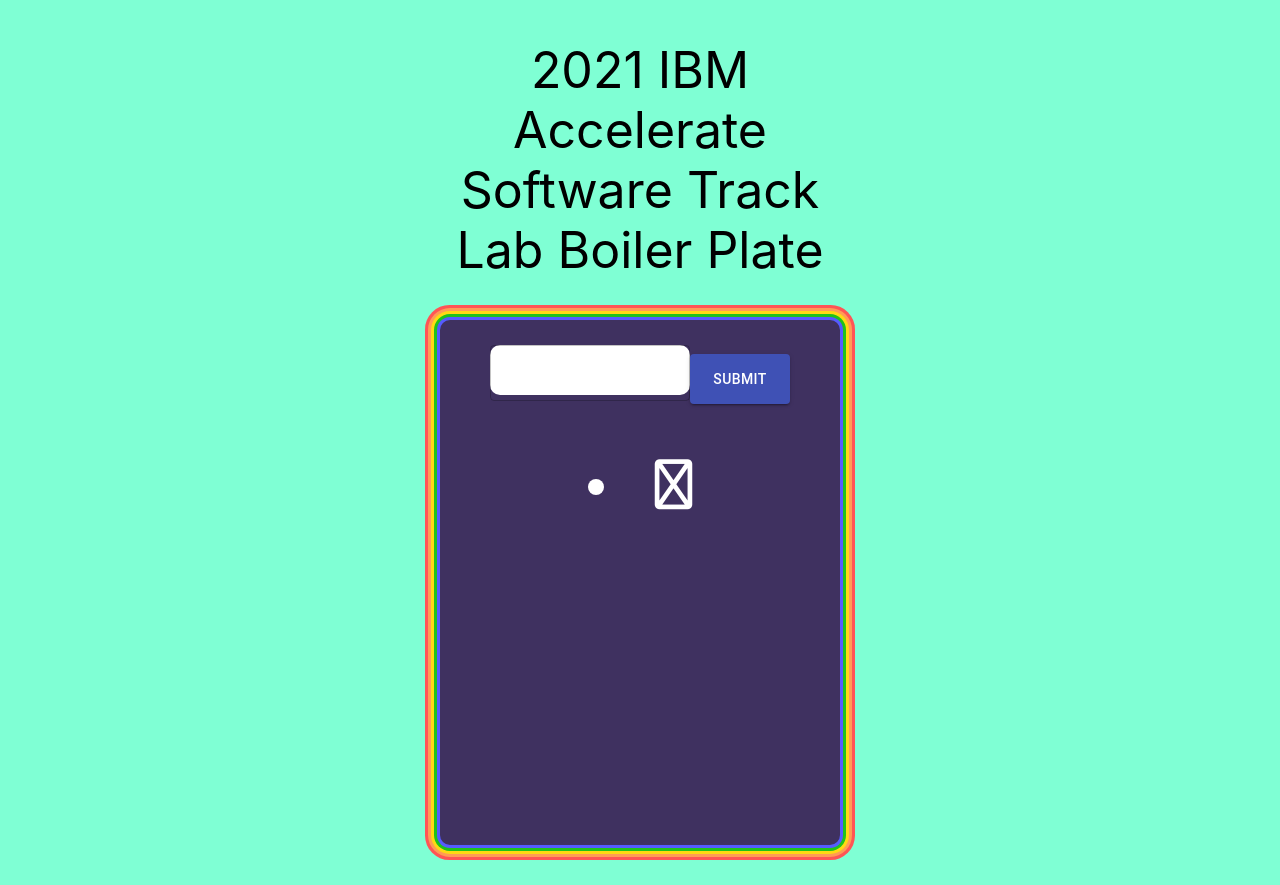
Repository: 2021-IBM-Accelerate-SW-Track/lab-1-team-34
Page: /
An editor plug-in stored every save of this project. The page is shown before and after the next save, followed by the edit.
The browser window is 1280 px wide. The pictures show the whole page.
Some web libraries are served in a nearby version. The project was rebuilt for these pictures with package versions that can differ from the ones it lists, and the page was loaded fresh each time.

Above is the page before, as saved 2021-06-13 20:25:07.

After the next save:
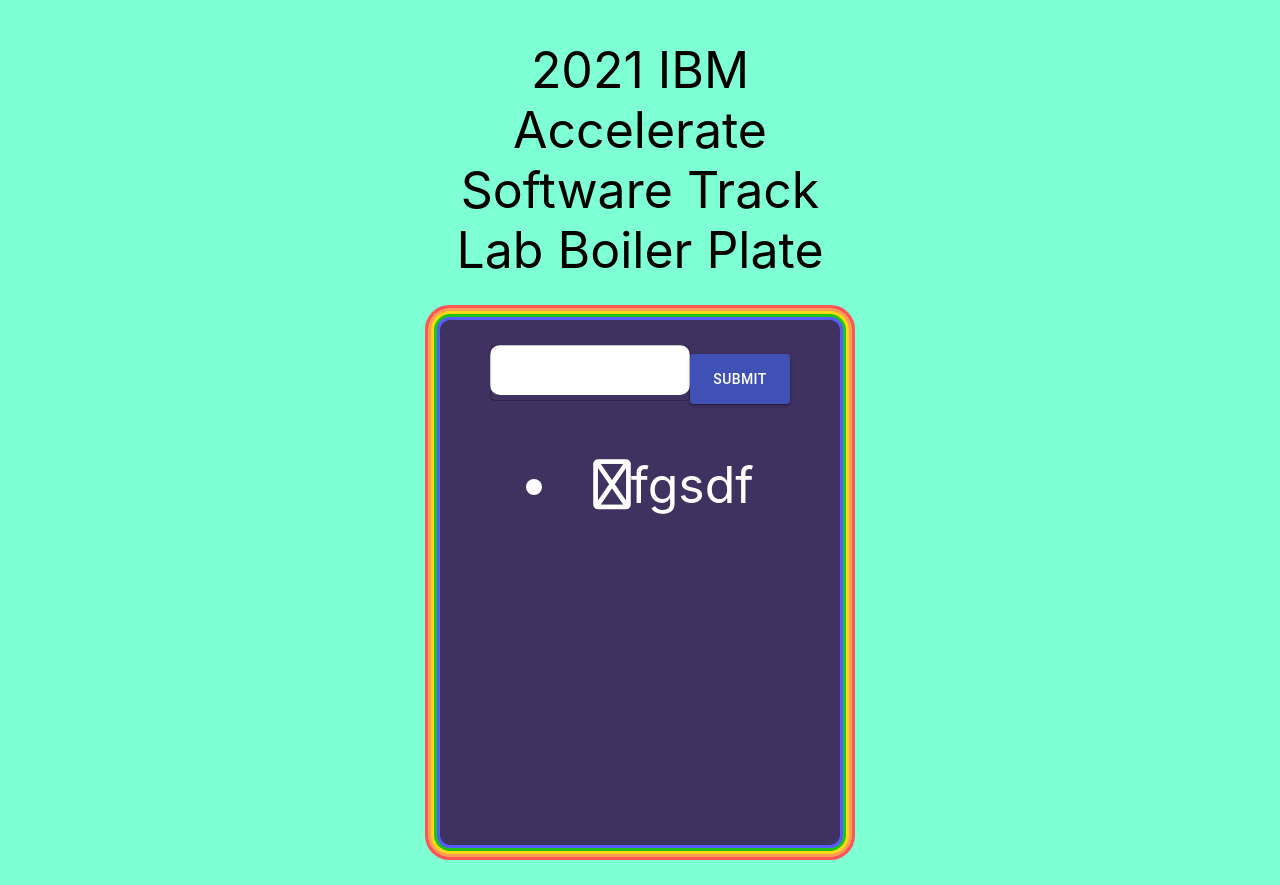
Saved 43 s later.
--- a/src/component/Input/input.js
+++ b/src/component/Input/input.js
@@ -59,7 +59,8 @@
             list.map((item, index) => {
               return (
                 <li className="list" key={index}>
-                  {item}{" "}
+                  {item}
+                  {"fgsdf "}
                   <span>
                     <FontAwesomeIcon
                       className="faicons"

After the 5 saves that followed:
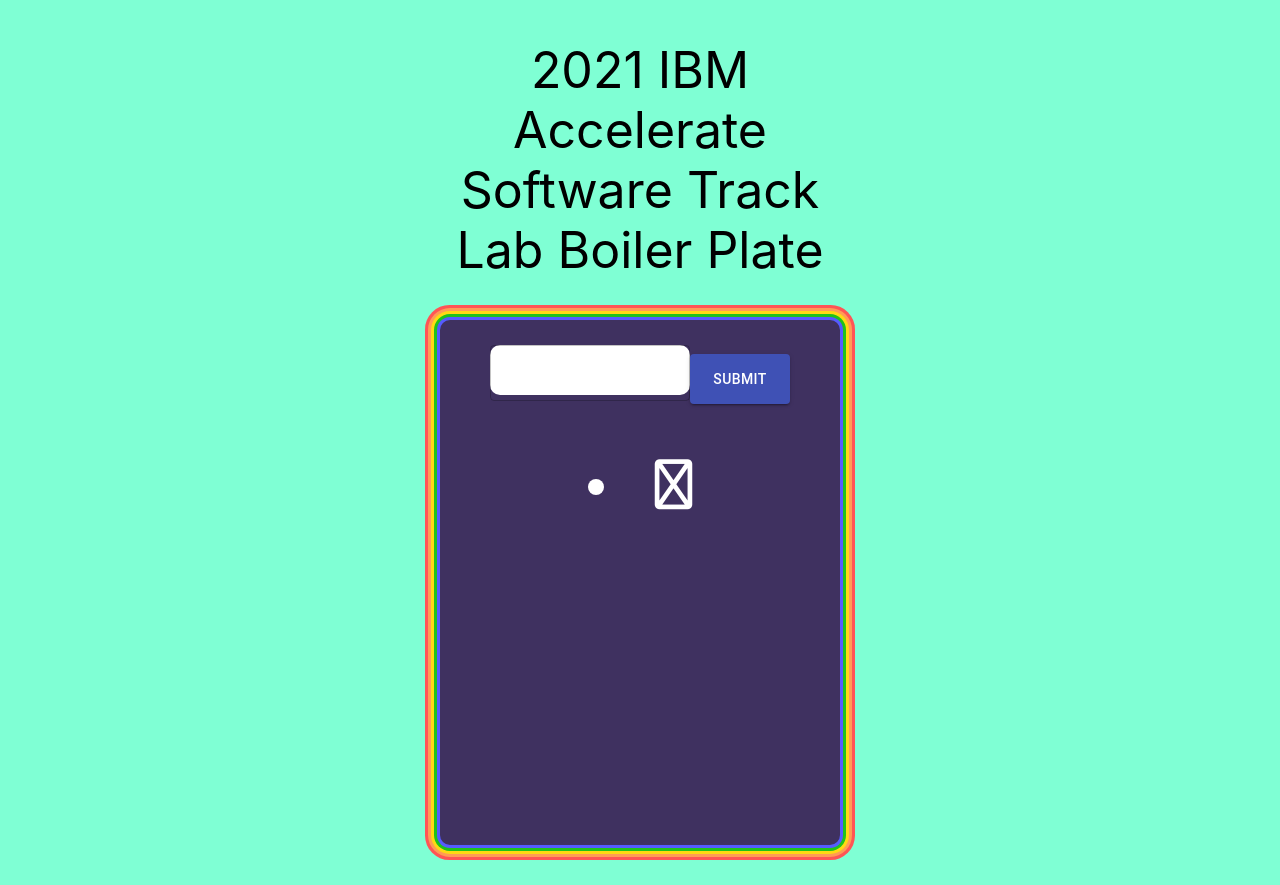
The 5 saves are shown as one change because 4 left the picture as it was.
The last was saved 5 min 32 s later.
--- a/src/component/Input/input.js
+++ b/src/component/Input/input.js
@@ -1,7 +1,7 @@
 import { TextField, Button } from "@material-ui/core";
 import React, { useState } from "react";
 import "./input.css";
-import { FaGithub } from "react-icons/fa";
+// import { FaGithub } from "react-icons/fa";
 import { FontAwesomeIcon } from "@fortawesome/react-fontawesome";
 const initialTodo = [""];
 
@@ -53,6 +53,8 @@
         Submit
       </Button>
 
+      <FontAwesomeIcon icon="coffee" />
+
       <div className="list">
         <p className="container">
           {list &&
@@ -60,8 +62,8 @@
               return (
                 <li className="list" key={index}>
                   {item}
-                  {"fgsdf "}
-                  <span>
+                  {""}
+                  {/* <span>
                     <FontAwesomeIcon
                       className="faicons"
                       onClick={() => {
@@ -69,7 +71,7 @@
                       }}
                       icon="trash"
                     />
-                  </span>
+                  </span> */}
                 </li>
               );
             })}
@@ -78,30 +80,6 @@
       {/* list not updating quick but data does get added */}
     </div>
   );
-
-  // function Input(props){
-  //   const items = props.items;
-  //   const listItems = items.map(item =>
-  //  {
-  //      return <div className="list" key={item.key}>
-  //    <p>
-  //        <input type="text" id={item.key} value={item.text} onChange={(e)=>{
-  //            props.setUpdate(e.target.value,item.key)}}/>
-  //       <span>
-
-  //       <FontAwesomeIcon className="faicons" onClick={() => {
-  //           props.deleteItem(item.key)
-  //       }} icon="trash" />
-  //       </span>
-  //    </p>
-
-  //   </div>})
-  //   return <div>
-  //       <FlipMove duration={300} easing="ease-in-out">
-  //       {listItems}
-  //       </FlipMove>
-
-  //   </div>;
 }
 
 export default Input;
